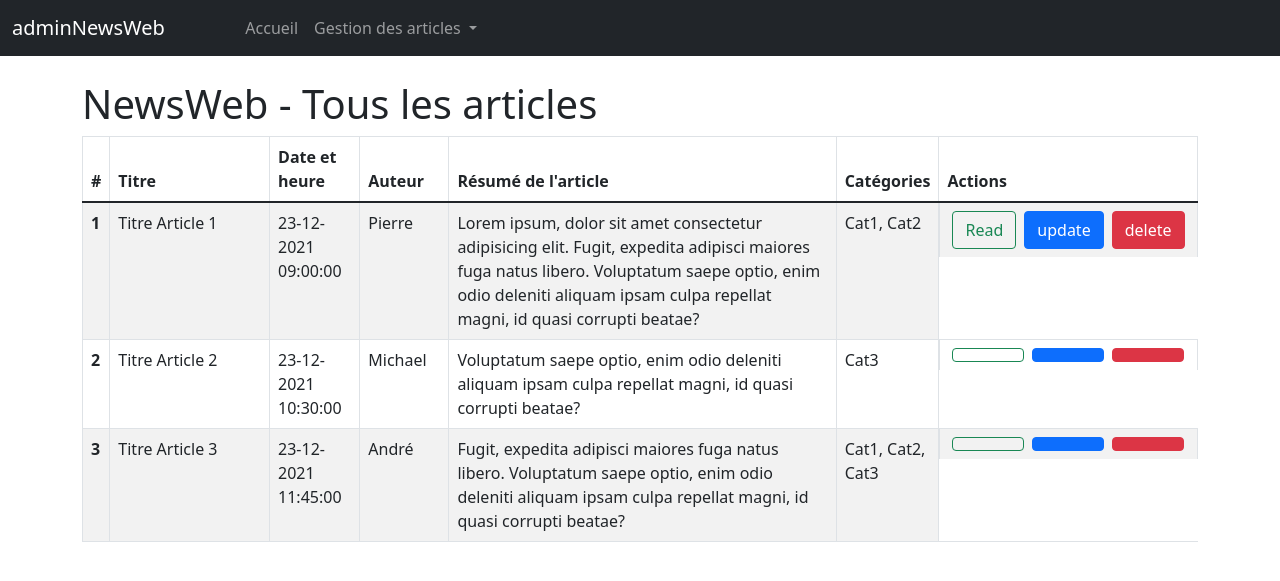
Repository: WebFormP/NewsWeb_PHP
Page: http://localhost/admin/
The author's editor kept a copy of each file at every save. The page is drawn from the files as they stood at one save, then again after the next save.
The browser window is 1280 px wide. The pictures show the whole page.
The page is run by PHP 8.4 with error messages shown; the project is at /var/www/html/.

Above is the page before, as saved 2022-01-20 13:54:14.

### admin/index.php
<?php

include "./header.php";
include "./" . (isset($_GET["p"]) && !empty($_GET["p"]) ? $_GET["p"] : "lireTousArticles") . ".php";
include "./footer.php";

### admin/header.php
<?php
?>
<!doctype html>
<html lang="fr">

<head>
    <!-- Required meta tags -->
    <meta charset="utf-8">
    <meta name="viewport" content="width=device-width, initial-scale=1">

    <!-- Bootstrap CSS -->
    <link href="https://cdn.jsdelivr.net/npm/bootstrap@5.1.3/dist/css/bootstrap.min.css" rel="stylesheet" integrity="sha384-1BmE4kWBq78iYhFldvKuhfTAU6auU8tT94WrHftjDbrCEXSU1oBoqyl2QvZ6jIW3" crossorigin="anonymous">

    <title>NewsWeb - Créer un article</title>
</head>

<body>
    <nav class="navbar navbar-expand-lg navbar-dark bg-dark mb-4">
        <div class="container-fluid">
            <a class="navbar-brand col-2" href="#">adminNewsWeb</a>
            <button class="navbar-toggler" type="button" data-bs-toggle="collapse" data-bs-target="#navbarSupportedContent" aria-controls="navbarSupportedContent" aria-expanded="false" aria-label="Toggle navigation">
                <span class="navbar-toggler-icon"></span>
            </button>
            <div class="collapse navbar-collapse" id="navbarSupportedContent">
                <ul class="navbar-nav me-auto mb-2 mb-lg-0 col-10">
                    <li class="nav-item">
                        <a class="nav-link" aria-current="page" href="./">Accueil</a>
                    </li>
                    <li class="nav-item dropdown">
                        <a class="nav-link dropdown-toggle" href="#" id="navbarDropdown" role="button" data-bs-toggle="dropdown" aria-expanded="false">
                            Gestion des articles
                        </a>
                        <ul class="dropdown-menu" aria-labelledby="navbarDropdown">
                            <li><a class="dropdown-item" href="./?p=lireArticle">Lire un article</a></li>
                            <li><a class="dropdown-item" href="./?p=creerArticle">Créer un article</a></li>
                            <li><a class="dropdown-item" href="./?p=modifierArticle">Modifier un article</a></li>
                            <li><a class="dropdown-item" href="./?p=supprimerArticle">Supprimer un article</a></li>
                            <li>
                                <hr class="dropdown-divider">
                            </li>
                            <li><a class="dropdown-item" href="./?p=lireTousArticles">Liste des articles</a></li>
                        </ul>
                    </li>
                </ul>
            </div>
        </div>
    </nav>

### admin/lireTousArticles.php
<main class="container">
  <h1>NewsWeb - Tous les articles</h1>
  <table class="table table-striped table-bordered">
    <thead>
      <tr>
        <th scope="col">#</th>
        <th scope="col" class="col-2">Titre</th>
        <th scope="col" class="col-1">Date et heure</th>
        <th scope="col" class="col-1">Auteur</th>
        <th scope="col" class="col-5">Résumé de l'article</th>
        <th scope="col" class="col-1">Catégories</th>
        <th scope="col" class="col-2">Actions</th>
      </tr>
    </thead>
    <tbody>
      <tr>
        <th scope="row">1</th>
        <td>Titre Article 1</td>
        <td>23-12-2021 09:00:00</td>
        <td>Pierre</td>
        <td>Lorem ipsum, dolor sit amet consectetur adipisicing elit. Fugit, expedita adipisci maiores fuga natus libero. Voluptatum saepe optio, enim odio deleniti aliquam ipsam culpa repellat magni, id quasi corrupti beatae?</td>
        <td>Cat1, Cat2</td>
        <td class="d-flex">
          <a class="btn btn-outline-success col mx-1" href="lireArticle.html" role="button">Read<i class="bi bi-file-earmark-text"></i></a>
          <a class="btn btn-primary col mx-1" href="modifierArticle.html" role="button">update<i class="bi bi-pencil-square"></i></a>
          <a class="btn btn-danger col mx-1" href="supprimerArticle.html" role="button">delete<i class="bi bi-x-square-fill"></i></a>
        </td>
      </tr>
      <tr>
        <th scope="row">2</th>
        <td>Titre Article 2</td>
        <td>23-12-2021 10:30:00</td>
        <td>Michael</td>
        <td>Voluptatum saepe optio, enim odio deleniti aliquam ipsam culpa repellat magni, id quasi corrupti beatae?</td>
        <td>Cat3</td>
        <td class="d-flex">
          <a class="btn btn-outline-success col mx-1" href="lireArticle.html" role="button"><i class="bi bi-file-earmark-text"></i></a>
          <a class="btn btn-primary col mx-1" href="modifierArticle.html" role="button"><i class="bi bi-pencil-square"></i></a>
          <a class="btn btn-danger col mx-1" href="supprimerArticle.html" role="button"><i class="bi bi-x-square-fill"></i></a>
        </td>
      </tr>
      <tr>
        <th scope="row">3</th>
        <td>Titre Article 3</td>
        <td>23-12-2021 11:45:00</td>
        <td>André</td>
        <td>Fugit, expedita adipisci maiores fuga natus libero. Voluptatum saepe optio, enim odio deleniti aliquam ipsam culpa repellat magni, id quasi corrupti beatae?</td>
        <td>Cat1, Cat2, Cat3</td>
        <td class="d-flex">
          <a class="btn btn-outline-success col mx-1" href="lireArticle.html" role="button"><i class="bi bi-file-earmark-text"></i></a>
          <a class="btn btn-primary col mx-1" href="modifierArticle.html" role="button"><i class="bi bi-pencil-square"></i></a>
          <a class="btn btn-danger col mx-1" href="supprimerArticle.html" role="button"><i class="bi bi-x-square-fill"></i></a>
        </td>
      </tr>
    </tbody>
  </table>
</main>

### admin/footer.php
<?php
?>

<!-- Optional JavaScript; choose one of the two! -->

<!-- Option 1: Bootstrap Bundle with Popper -->
<script src="https://cdn.jsdelivr.net/npm/bootstrap@5.1.3/dist/js/bootstrap.bundle.min.js" integrity="sha384-ka7Sk0Gln4gmtz2MlQnikT1wXgYsOg+OMhuP+IlRH9sENBO0LRn5q+8nbTov4+1p" crossorigin="anonymous"></script>

<!-- Option 2: Separate Popper and Bootstrap JS -->
<!--
    <script src="https://cdn.jsdelivr.net/npm/@popperjs/core@2.10.2/dist/umd/popper.min.js" integrity="sha384-7+zCNj/IqJ95wo16oMtfsKbZ9ccEh31eOz1HGyDuCQ6wgnyJNSYdrPa03rtR1zdB" crossorigin="anonymous"></script>
    <script src="https://cdn.jsdelivr.net/npm/bootstrap@5.1.3/dist/js/bootstrap.min.js" integrity="sha384-QJHtvGhmr9XOIpI6YVutG+2QOK9T+ZnN4kzFN1RtK3zEFEIsxhlmWl5/YESvpZ13" crossorigin="anonymous"></script>
    -->
</body>

</html>

After the next save:
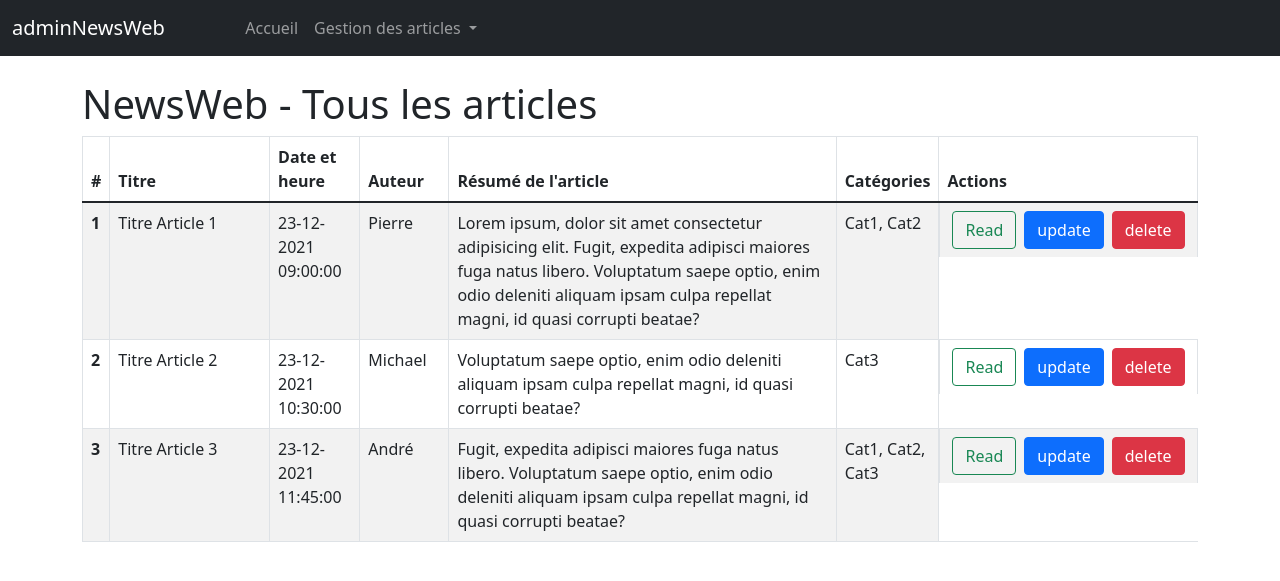
Saved 24 s later.
--- a/admin/lireTousArticles.php
+++ b/admin/lireTousArticles.php
@@ -34,9 +34,9 @@
         <td>Voluptatum saepe optio, enim odio deleniti aliquam ipsam culpa repellat magni, id quasi corrupti beatae?</td>
         <td>Cat3</td>
         <td class="d-flex">
-          <a class="btn btn-outline-success col mx-1" href="lireArticle.html" role="button"><i class="bi bi-file-earmark-text"></i></a>
-          <a class="btn btn-primary col mx-1" href="modifierArticle.html" role="button"><i class="bi bi-pencil-square"></i></a>
-          <a class="btn btn-danger col mx-1" href="supprimerArticle.html" role="button"><i class="bi bi-x-square-fill"></i></a>
+          <a class="btn btn-outline-success col mx-1" href="lireArticle.html" role="button">Read<i class="bi bi-file-earmark-text"></i></a>
+          <a class="btn btn-primary col mx-1" href="modifierArticle.html" role="button">update<i class="bi bi-pencil-square"></i></a>
+          <a class="btn btn-danger col mx-1" href="supprimerArticle.html" role="button">delete<i class="bi bi-x-square-fill"></i></a>
         </td>
       </tr>
       <tr>
@@ -47,9 +47,9 @@
         <td>Fugit, expedita adipisci maiores fuga natus libero. Voluptatum saepe optio, enim odio deleniti aliquam ipsam culpa repellat magni, id quasi corrupti beatae?</td>
         <td>Cat1, Cat2, Cat3</td>
         <td class="d-flex">
-          <a class="btn btn-outline-success col mx-1" href="lireArticle.html" role="button"><i class="bi bi-file-earmark-text"></i></a>
-          <a class="btn btn-primary col mx-1" href="modifierArticle.html" role="button"><i class="bi bi-pencil-square"></i></a>
-          <a class="btn btn-danger col mx-1" href="supprimerArticle.html" role="button"><i class="bi bi-x-square-fill"></i></a>
+          <a class="btn btn-outline-success col mx-1" href="lireArticle.html" role="button">Read<i class="bi bi-file-earmark-text"></i></a>
+          <a class="btn btn-primary col mx-1" href="modifierArticle.html" role="button">update<i class="bi bi-pencil-square"></i></a>
+          <a class="btn btn-danger col mx-1" href="supprimerArticle.html" role="button">delete<i class="bi bi-x-square-fill"></i></a>
         </td>
       </tr>
     </tbody>
